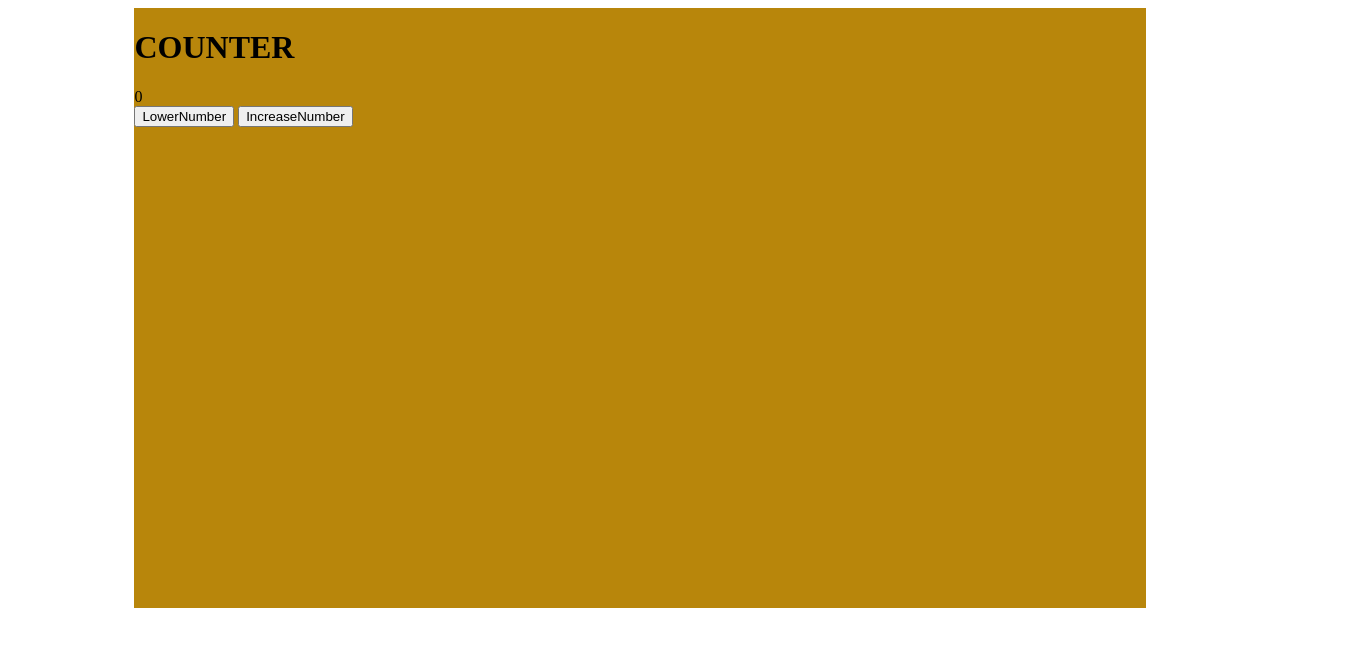
Repository: Sgalstyan06/counterNum
Page: index.html
The author's editor kept a copy of each file at every save. The page is drawn from the files as they stood at one save, then again after the next save.
The browser window is 1280 px wide. The page is 1280 px wide, then 1346 px, so the pictures cover 1346 px, including what lies to the right of the window. The pictures show the whole page.

Above is the page before, as saved 2022-02-14 16:48:43.

### index.html
<!DOCTYPE html>
<html lang="en">
<head>
    <meta charset="UTF-8">
    <meta http-equiv="X-UA-Compatible" content="IE=edge">
    <meta name="viewport" content="width=device-width, initial-scale=1.0">
    <title>Document</title>
    <link rel="stylesheet" href="./style.css">
</head>
<body>
    <div class="main">
        <div><h1>COUNTER</h1></div>

        <div class="result">0</div>
        <div>
            <button class="LowerNumber">LowerNumber</button>
            <button class="IncreaseNumber">IncreaseNumber</button>
        </div>
    </div>
    <script src="./script.js"></script>
</body>
</html>

### style.css
.main{
    width: 80%;
    height: 600px;
    margin: 0 auto;
    background-color: darkgoldenrod;
    display: flex;
    flex-direction: column;
}
h1{
    width: 100%;
   padding-left: ;
}

Loaded but not shown: script.js (no stored copy; drawn as an empty file)

After the next save:
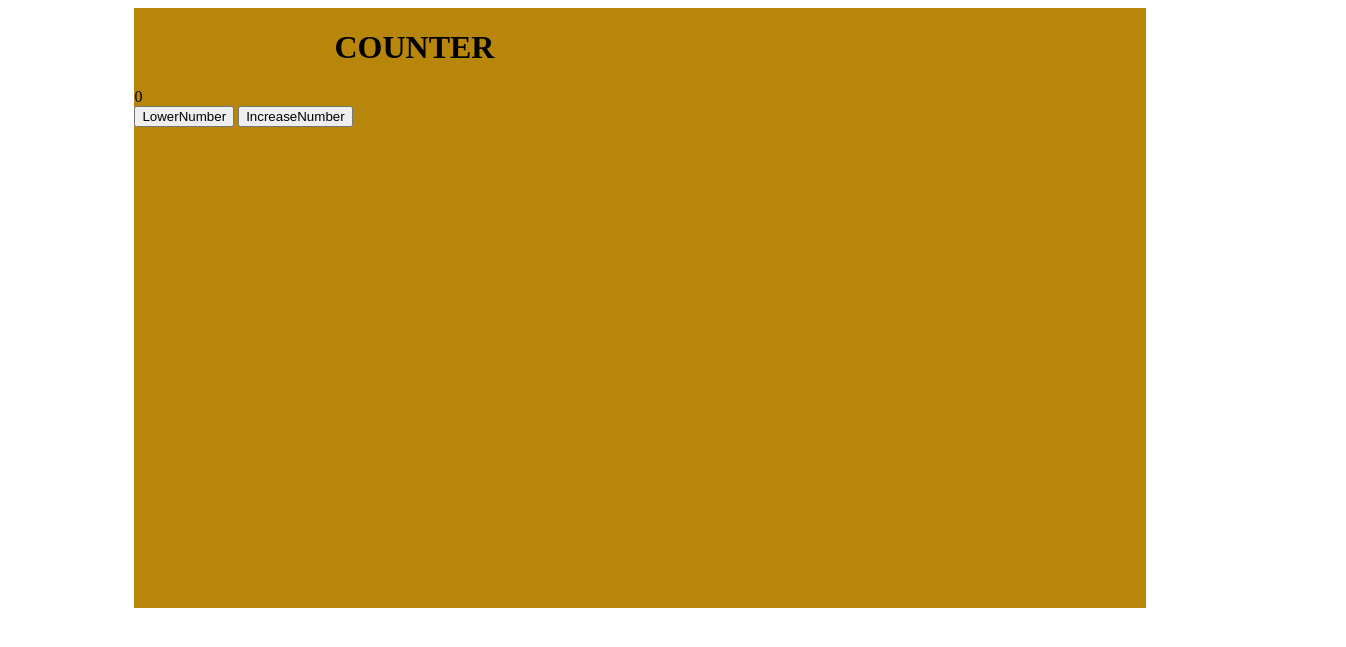
Saved 7 s later.
--- a/style.css
+++ b/style.css
@@ -8,5 +8,5 @@
 }
 h1{
     width: 100%;
-   padding-left: ;
+   padding-left: 200px;
 }
